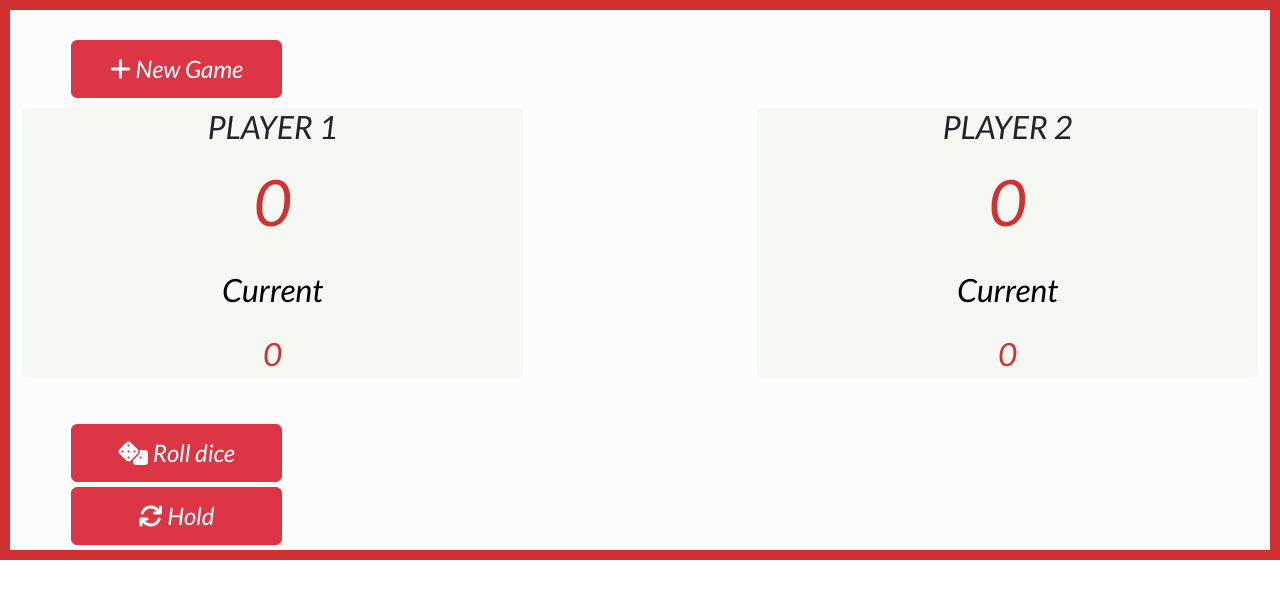
Repository: haifabilel/Eval_JAVASCRIPT
Page: index.html
These files come from the project's save history. The page is drawn as it stood at one moment and after a run of saves; the edit follows.
The browser window is 1280 px wide. The pictures show the whole page.
Some web libraries are served in a nearby version.

Above is the page before, as saved 2023-06-04 19:35:43.

After the next 2 saves:
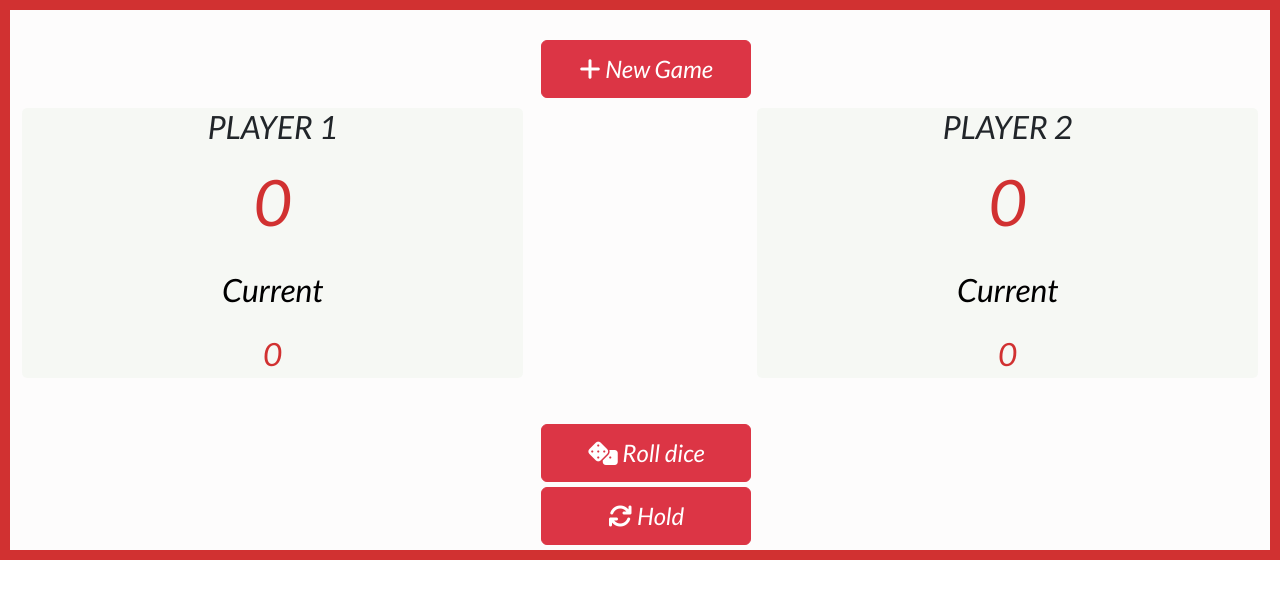
The 2 saves are shown as one change because they came seconds apart.
The last was saved 6 s later.
--- a/style.css
+++ b/style.css
@@ -43,7 +43,7 @@
 }
 /* Buttons */
 .btn_roll{
-    margin-left:4%;
+    margin-left:42%;
     margin-top:30px;
     width:17%;
     font-size:1.5rem;
@@ -52,7 +52,7 @@
 }
 .btn_hold{
     padding:10px;
-    margin-left:4%;
+    margin-left:42%;
     margin-top:5px;
     margin-bottom:5px;
     width:17%;
@@ -61,7 +61,7 @@
 .btn_newGame{
     margin-top:30px;
     padding: 10px;
-    margin-left:4%;
+    margin-left:42%;
     width:17%;
     font-size:1.5rem;
 }
